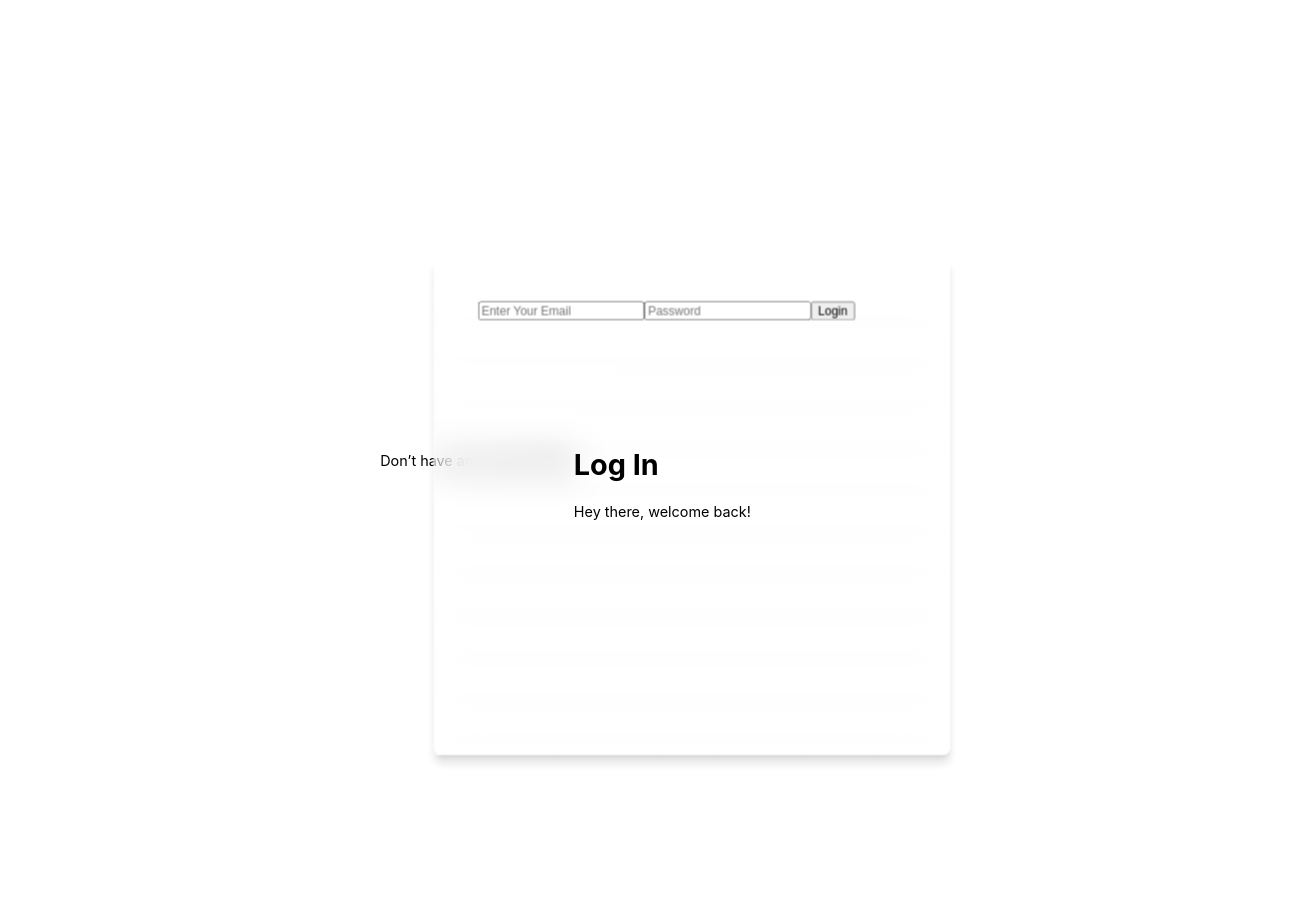
Repository: AfifaNoor/Admin_Panel-React-
Page: /
An editor plug-in stored every save of this project. The page is shown before and after the next save, followed by the edit.
The browser window is 1280 px wide. The page is 1440 px wide, so the pictures cover 1440 px, including what lies to the right of the window. The pictures show the whole page, at 90% of full size.
The project was rebuilt for these pictures with package versions that can differ from the ones it lists, and the page was loaded fresh each time. Also part of the build but not shown: src/SignUp.jsx.

Above is the page before, as saved 2025-07-10 14:50:04.

After the next save:
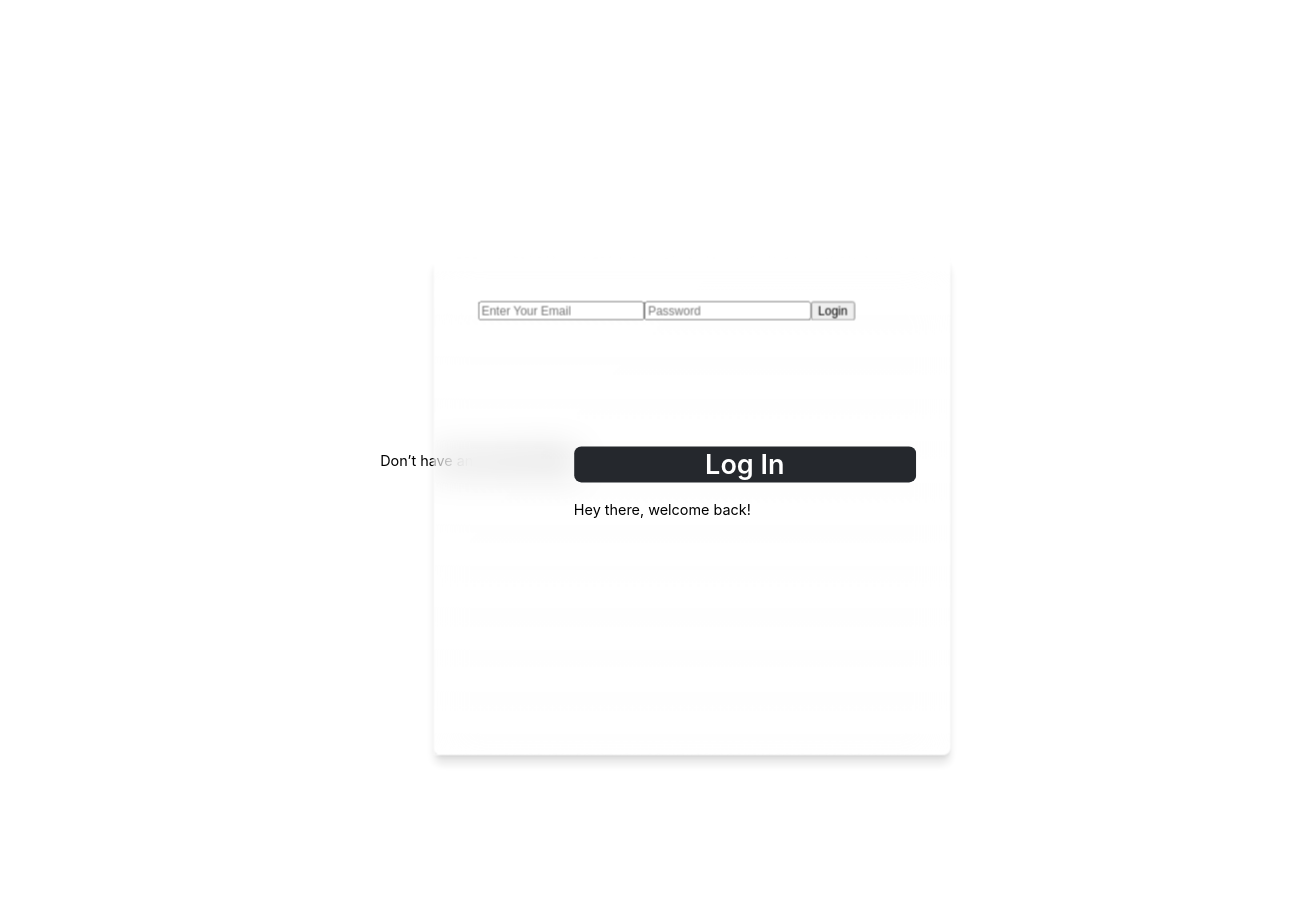
Saved 117 s later.
--- a/src/LoginPage.css
+++ b/src/LoginPage.css
@@ -45,7 +45,7 @@ box-shadow:
 
 }
 
-.h1 {
+.title h1 {
   color: #fff;
   text-align: center;
   margin-bottom: 20px;
